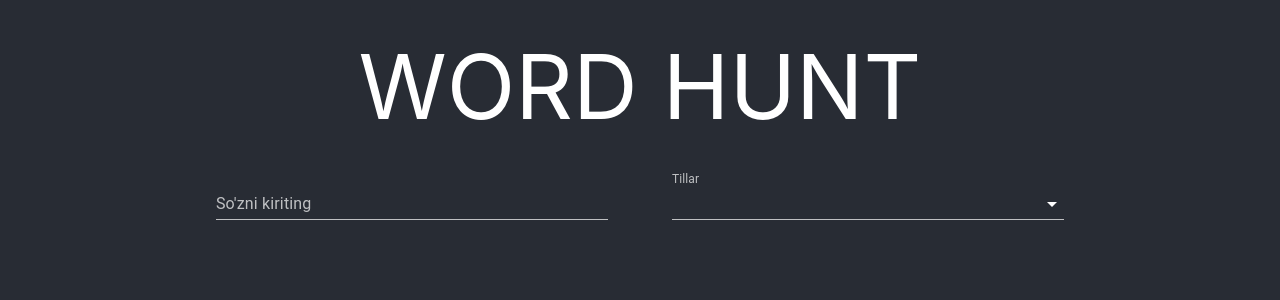
Repository: om1ars/react-translator
Page: /
An editor plug-in stored every save of this project. The page is shown before and after a run of saves, followed by the edit.
The browser window is 1280 px wide. The pictures show the whole page.
The page's requests for data from a server got no answer. The project was rebuilt for these pictures with package versions that can differ from the ones it lists, and the page was loaded fresh each time. No one was signed in, and anything a server would have sent is missing.

Above is the page before, as saved 2021-10-07 15:17:08.

After the next 3 saves:
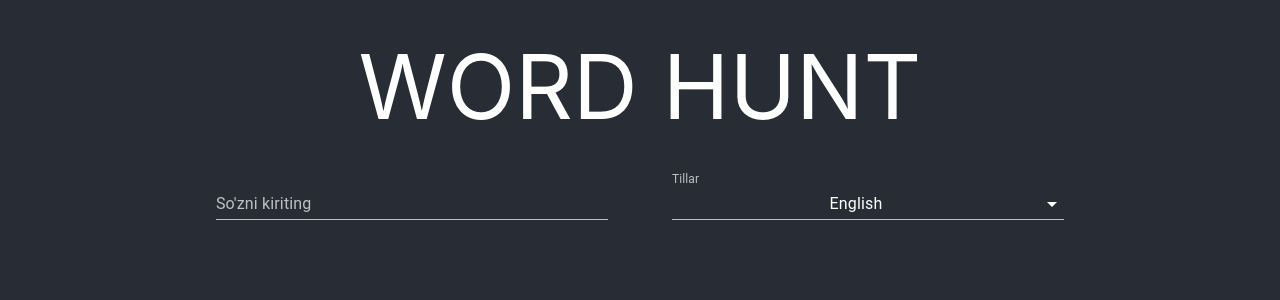
The 3 saves are shown as one change because they came seconds apart.
The last was saved 40 s later.
--- a/src/App.js
+++ b/src/App.js
@@ -7,7 +7,7 @@ import { Header } from "./components/Header/Header";
 function App() {
   const [word, setword] = useState("");
   const [meanings, setmeanings] = useState([]);
-  const [category, setcategory] = useState("English");
+  const [category, setcategory] = useState("en");
   const dictionaryApi = async () => {
     try {
       const data = await axios.get(
